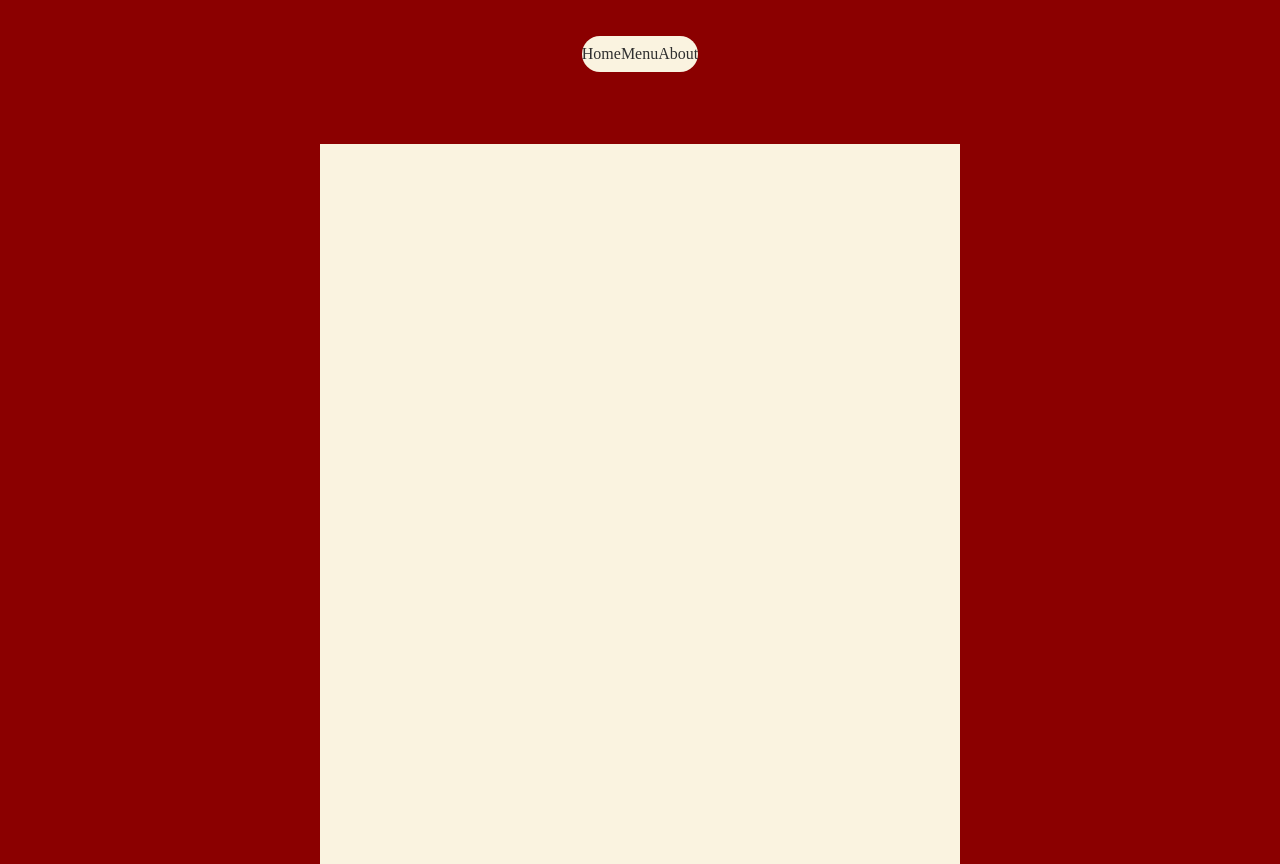
Repository: Dimitris2031/Restaurant-Front-page
Page: / (app in webpack-practice/)
These files come from the project's save history. The page is drawn as it stood at one moment and after the next save; the edit follows.
The browser window is 1280 px wide. The pictures show the whole page.
The project was rebuilt for these pictures with package versions that can differ from the ones it lists, and the page was loaded fresh each time. Also part of the build but not shown: webpack-practice/webpack.config.js.

Above is the page before, as saved 2025-09-10 10:42:54.

### webpack-practice/src/template.html
<!DOCTYPE html>
<html lang="en">
<head>
  <meta charset="UTF-8">
  <title>Webpack Practice</title>
</head>
<body>
  <header>
    <div class="nav-container">
        <nav>Home</nav>
        <nav>Menu</nav>
        <nav>About</nav>
    </div>
  </header>
  <div id="content"></div>
</body>
</html>

### webpack-practice/src/index.js
// src/index.js
import "./styles.css";
// import odinImage from "./odin.png";
import { greeting } from "./greeting.js";
const image = document.createElement("img");
// image.src = odinImage;

// document.body.appendChild(image);

console.log(greeting);

### webpack-practice/src/styles.css
*{
  margin: 0;
  padding: 0;

}

/* styles.css */
body {
  background-color: #8B0000;
  display: flex;
  flex-direction: column;
  align-items: center;
  gap: 10vh;
}

header{
  display:flex;
  justify-content:center;
  align-items:end;
  gap: 5%;
  height: 10vh;
}

.nav-container{
  display:flex;
  justify-content:space-around;
  align-items:center;

  height: 50%;
  background-color: #FAF3E0;
  border-radius: 20px;
}

nav{
  color: #2F2F2F;
}

#content{
  height: 100vh;
  background-color: #FAF3E0;
  width: 50%;
}

### webpack-practice/src/greeting.js
// greeting.js


function home(){

}

function menu(){

}

function contact(){

}

After the next save:
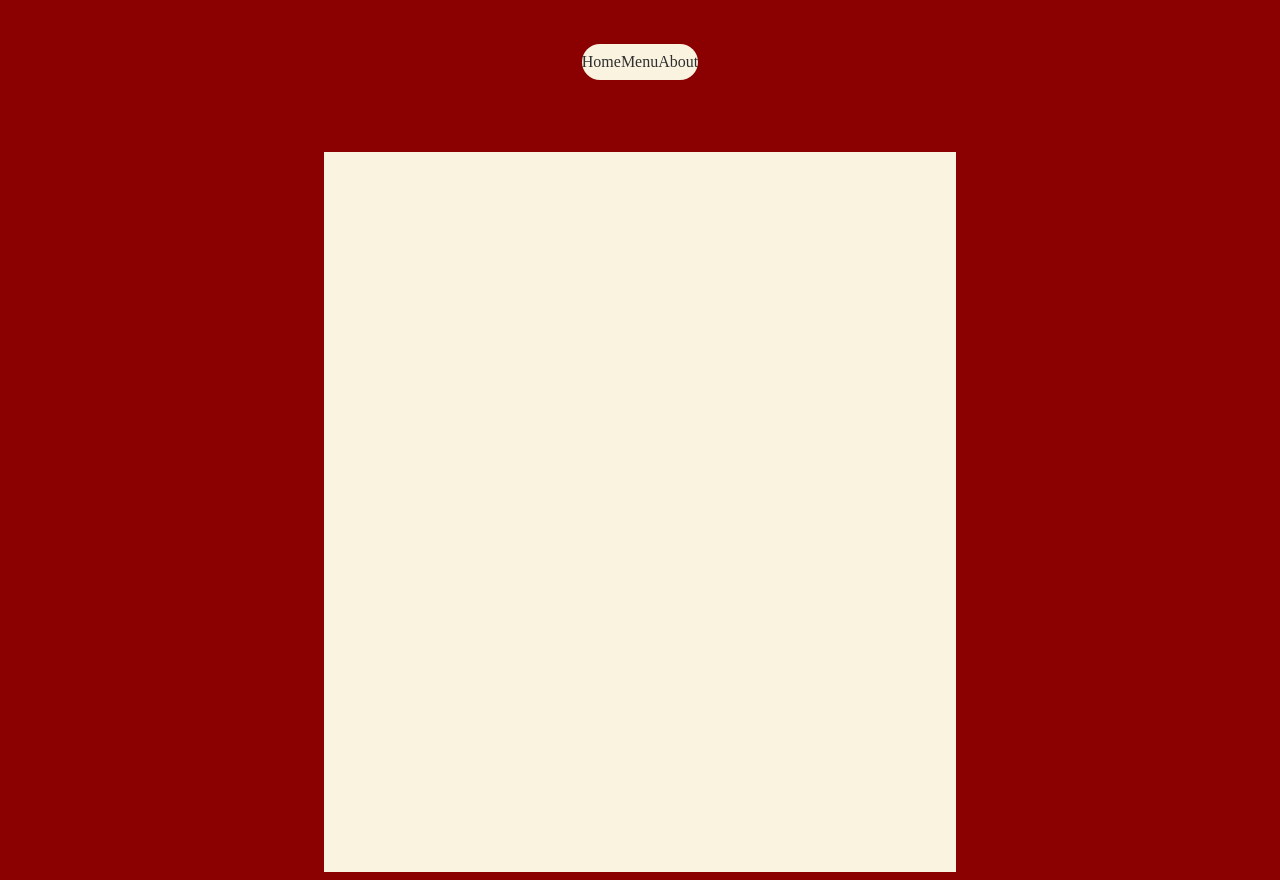
Saved 12 s later.
--- a/webpack-practice/src/styles.css
+++ b/webpack-practice/src/styles.css
@@ -1,5 +1,5 @@
 *{
-  margin: 0;
+  margin: 200;
   padding: 0;
 
 }
